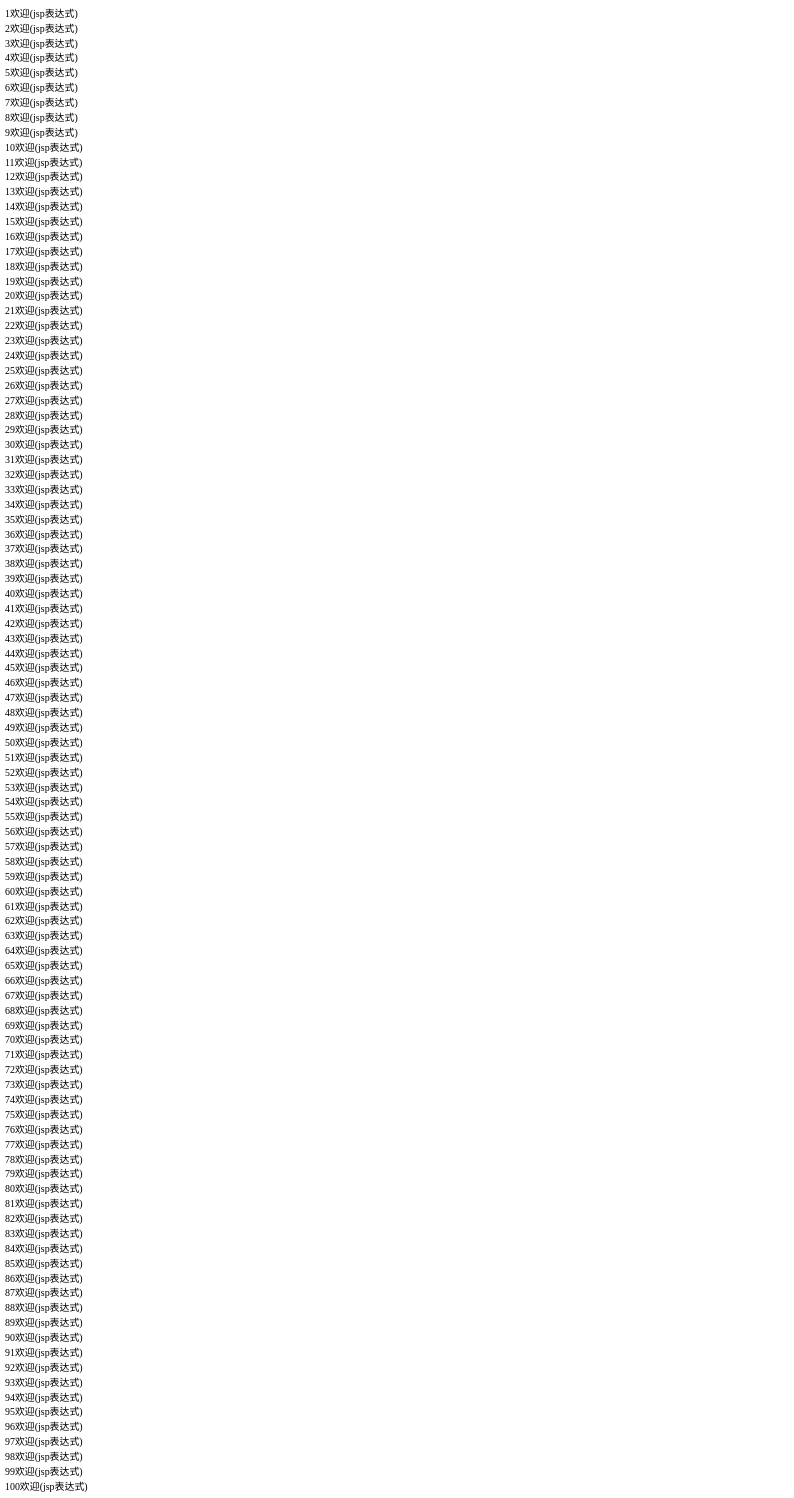
Repository: Matty-GCU/MyEclipse
Page: http://localhost/Java_Web_Learning/chapter04_JSP/homework/4.99hw2.jsp
An editor plug-in stored every save of this project. The page is shown before and after the next save, followed by the edit.
The browser window is 1280 px wide. The pictures show the whole page, at 62% of full size.
The page is served by Tomcat 9.

Above is the page before, as saved 2021-10-03 07:54:51.

After the next save:
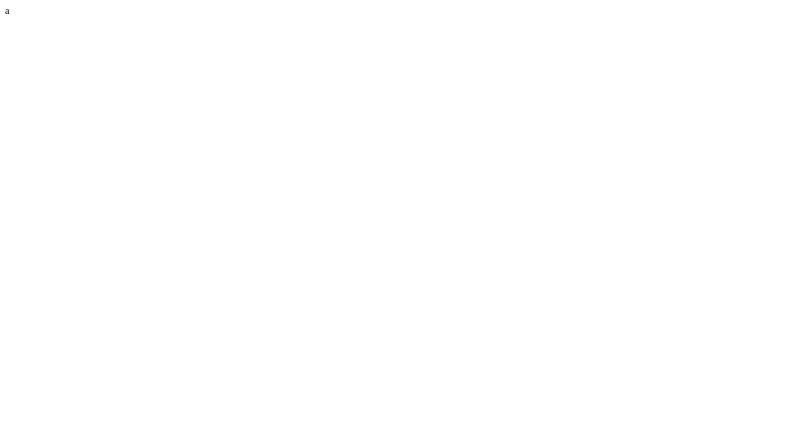
Saved 3 min 20 s later.
--- a/Java_Web_Learning/WebRoot/chapter04_JSP/homework/4.99hw2.jsp
+++ b/Java_Web_Learning/WebRoot/chapter04_JSP/homework/4.99hw2.jsp
@@ -9,10 +9,8 @@
 	<body>
 		<%
 			for(int i = 1; i <= 100; i++) {
-		%>
-			<%=i + "欢迎(jsp表达式)<br>"%>
-		<%
 			}
 		%>
+		a
 	</body>
 </html>

After the save that followed:
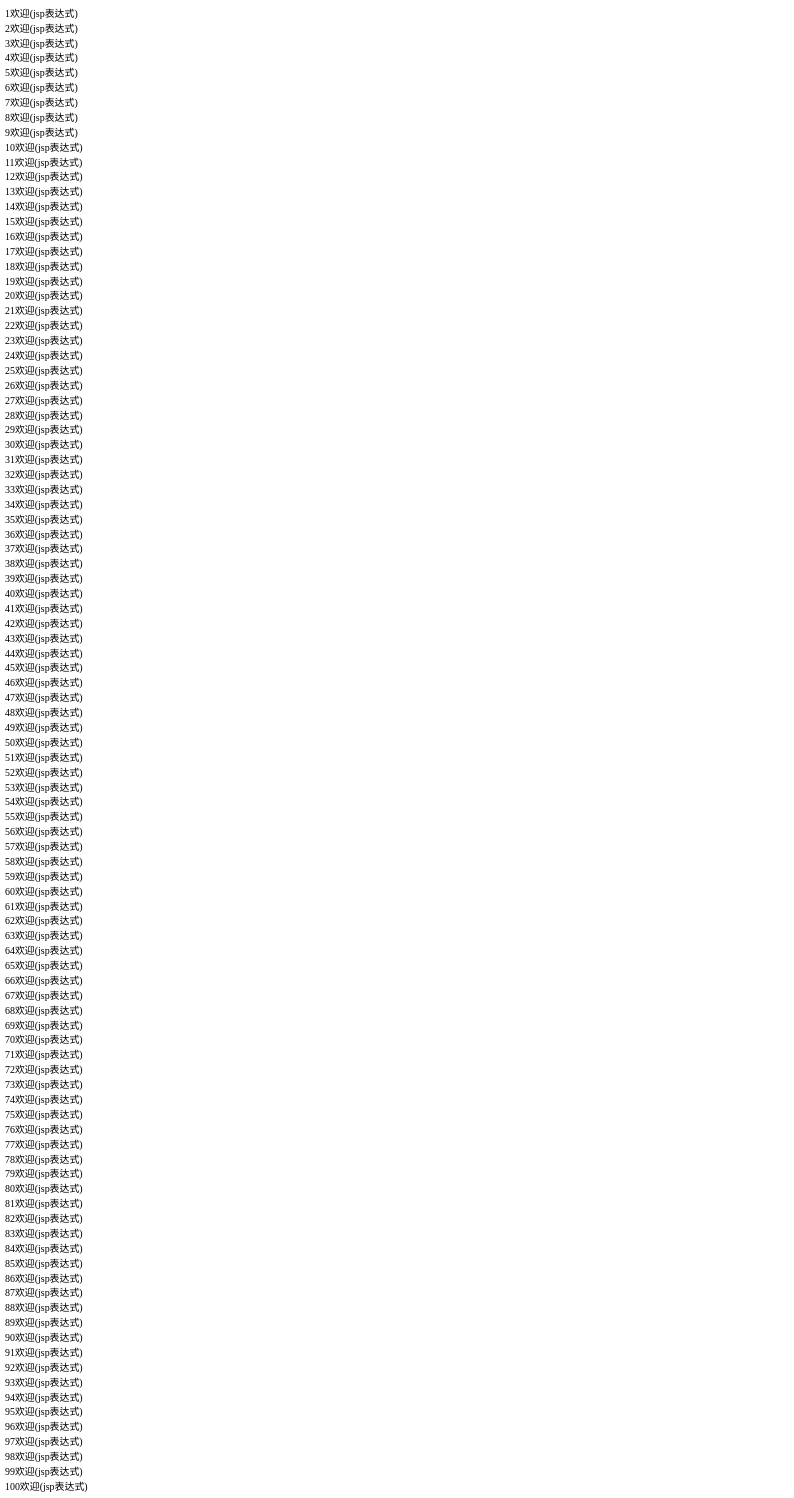
Saved 85 s later.
--- a/Java_Web_Learning/WebRoot/chapter04_JSP/homework/4.99hw2.jsp
+++ b/Java_Web_Learning/WebRoot/chapter04_JSP/homework/4.99hw2.jsp
@@ -9,8 +9,10 @@
 	<body>
 		<%
 			for(int i = 1; i <= 100; i++) {
+		%>
+			<%=i + "欢迎(jsp表达式)<br>"%>
+		<%
 			}
 		%>
-		a
 	</body>
 </html>
